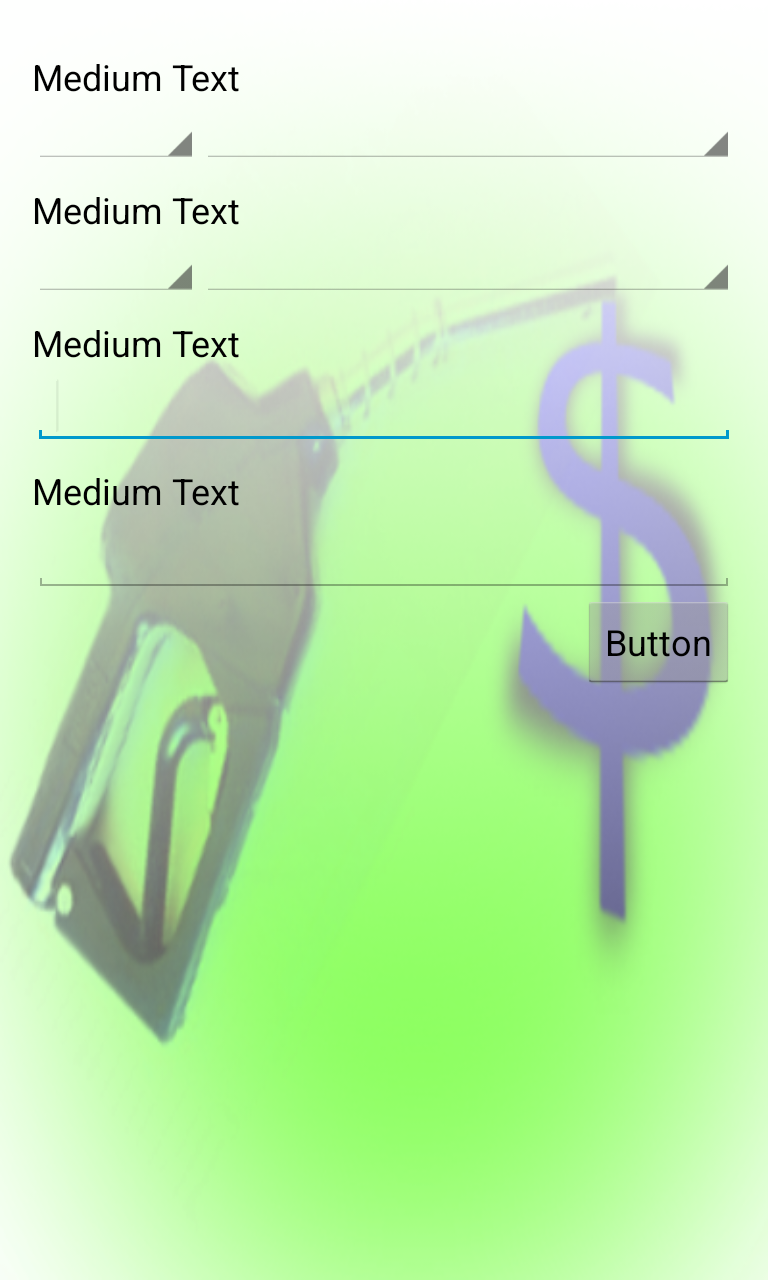
Repository: FelipeTravassos/app_calculation-of-spent-fuel
Layout: SpentFuel/res/layout/layout_data.xml
These files come from the project's save history. The layout is drawn as it stood at one moment and after the next save; the edit follows.
It is drawn on a 768 x 1280 px phone screen (xhdpi) without system bars, with theme AppTheme; the app's code is not run.

Above is the layout before, as saved 2014-01-10 04:05:49.

After the next save:
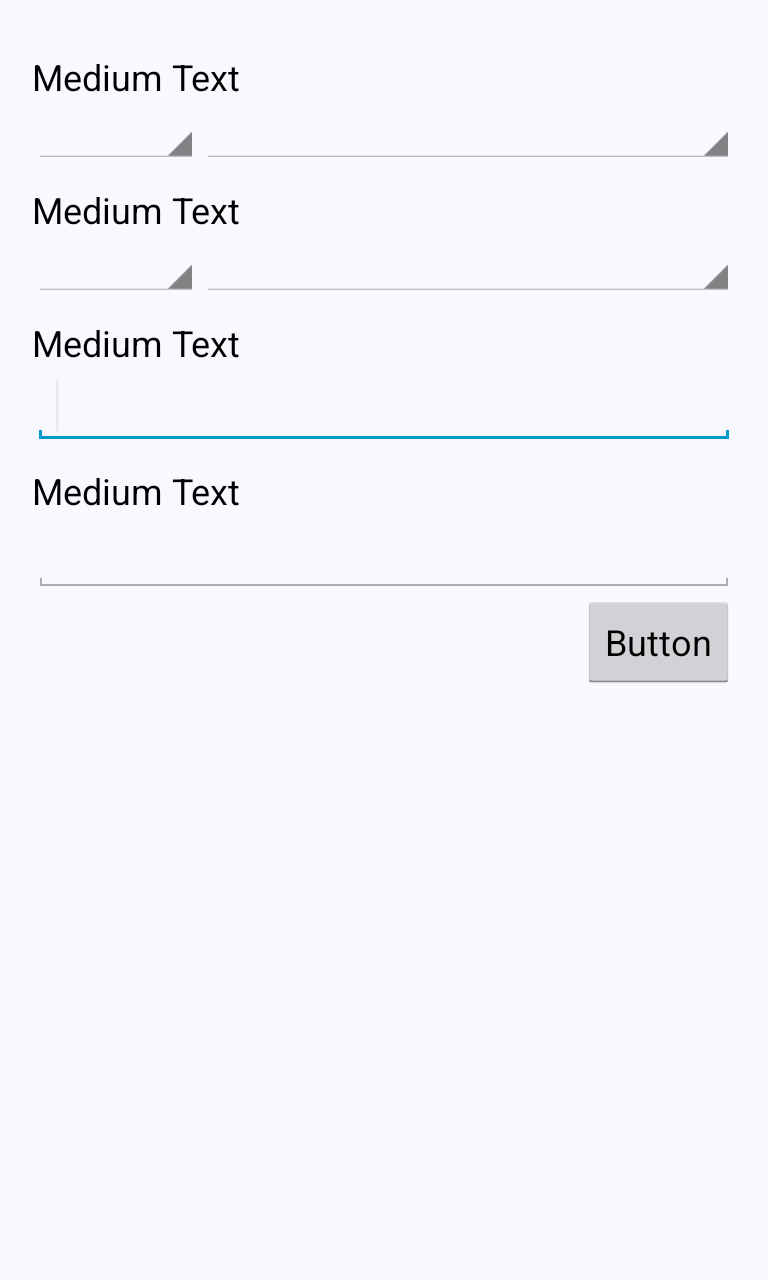
Saved 14 h 25 min later.
--- a/SpentFuel/res/layout/layout_data.xml
+++ b/SpentFuel/res/layout/layout_data.xml
@@ -2,7 +2,7 @@
     xmlns:tools="http://schemas.android.com/tools"
     android:layout_width="match_parent"
     android:layout_height="match_parent"
-    android:background="@drawable/background"
+    android:background="#F8F8FF"
     android:orientation="vertical"
     android:paddingBottom="@dimen/activity_vertical_margin"
     android:paddingLeft="@dimen/activity_horizontal_margin"
